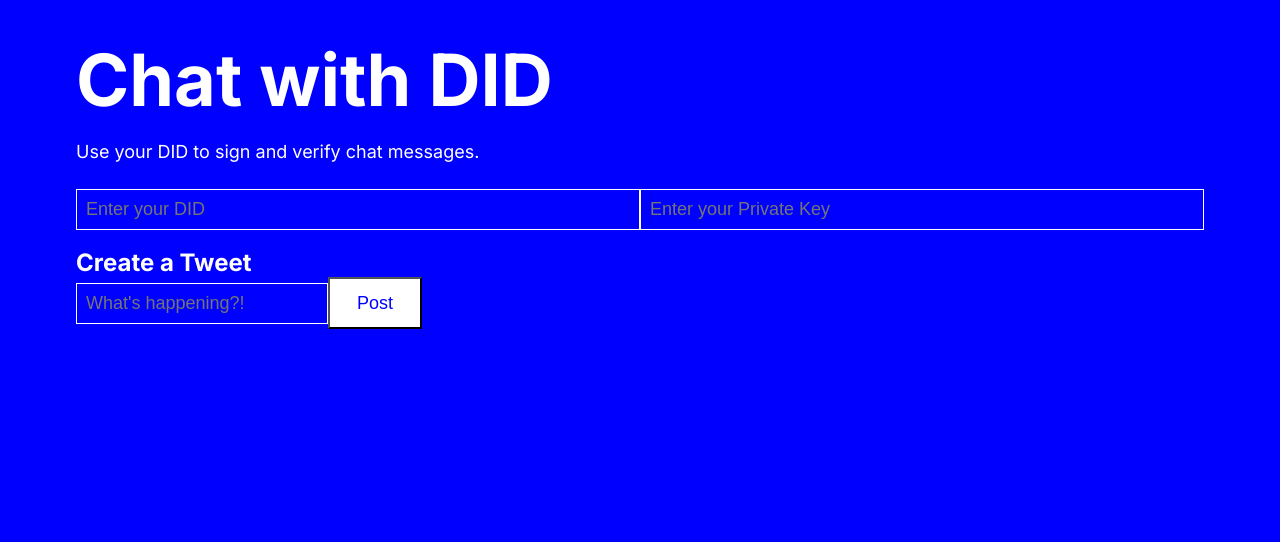
Repository: a7351220/ethr_did_demo
Page: /did/chat
These files come from the project's save history. The page is drawn as it stood at one moment and after the next save; the edit follows.
The browser window is 1280 px wide. The pictures show the whole page.
The page's requests for data from a server got no answer. The project was rebuilt for these pictures with package versions that can differ from the ones it lists, and the page was loaded fresh each time. The framework's server and built-in components were replaced by stand-ins that run in the browser. No one was signed in, and anything a server would have sent is missing. Also part of the build but not shown: next.config.mjs.

Above is the page before, as saved 2024-07-09 17:14:27.

After the next save:
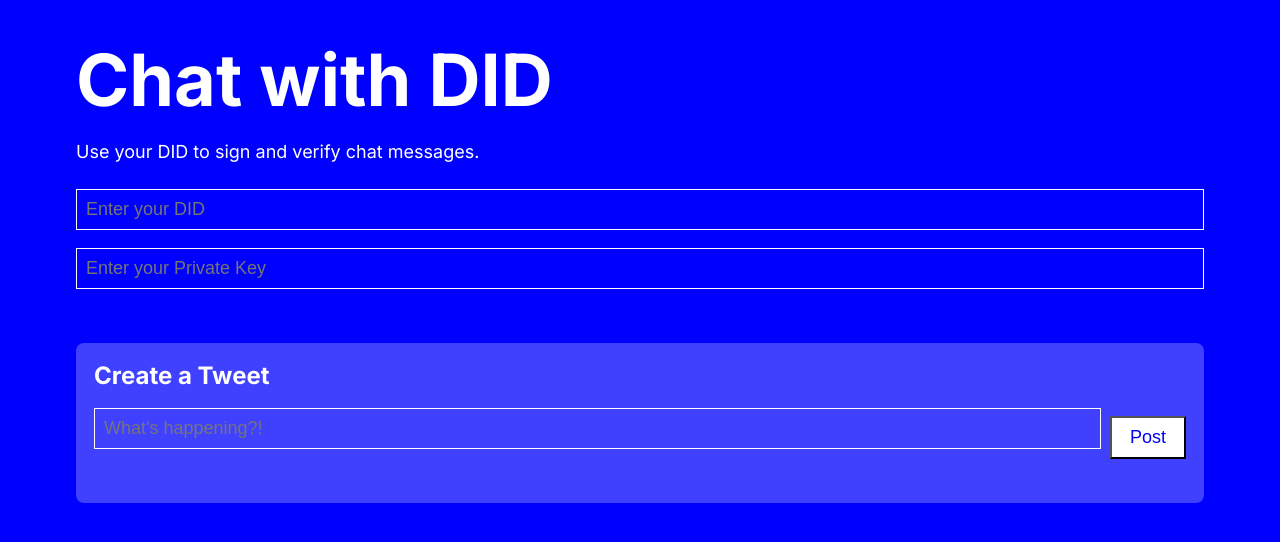
Saved 4 min 47 s later.
--- a/src/app/globals.css
+++ b/src/app/globals.css
@@ -1,4 +1,3 @@
-/* app/globals.css */
 :root {
   --primary-color: #0000ff;
   --secondary-color: #4040ff;
@@ -99,6 +98,7 @@ a {
 /* New styles for CreateDID and VerifyDID pages */
 .input-group {
   display: flex;
+  flex-direction: column;
   margin-bottom: 1rem;
 }
 
@@ -109,6 +109,7 @@ a {
   border: 1px solid var(--text-color);
   background-color: transparent;
   color: var(--text-color);
+  margin-bottom: 1rem;
 }
 
 .result {
@@ -148,3 +149,49 @@ a {
     margin: 0 auto;
   }
 }
+
+/* New styles for ChatDID page */
+.chat-box {
+  background-color: var(--secondary-color);
+  padding: 1rem;
+  border-radius: 8px;
+  margin-top: 2rem;
+}
+
+.chat-history {
+  margin-top: 1rem;
+  max-height: 400px;
+  overflow-y: auto;
+}
+
+.chat-message {
+  background-color: rgba(255, 255, 255, 0.1);
+  padding: 0.5rem;
+  border-radius: 4px;
+  margin-bottom: 0.5rem;
+  word-break: break-word;
+}
+
+.chat-message button {
+  background: none;
+  border: none;
+  color: var(--text-color);
+  cursor: pointer;
+  font-size: 0.9rem;
+}
+
+.chat-input {
+  display: flex;
+  align-items: center;
+  margin-top: 1rem;
+}
+
+.chat-input .input {
+  flex: 1;
+  margin-right: 0.5rem;
+}
+
+.chat-input .cta-button {
+  padding: 0.5rem 1rem;
+  font-size: 1rem;
+}
